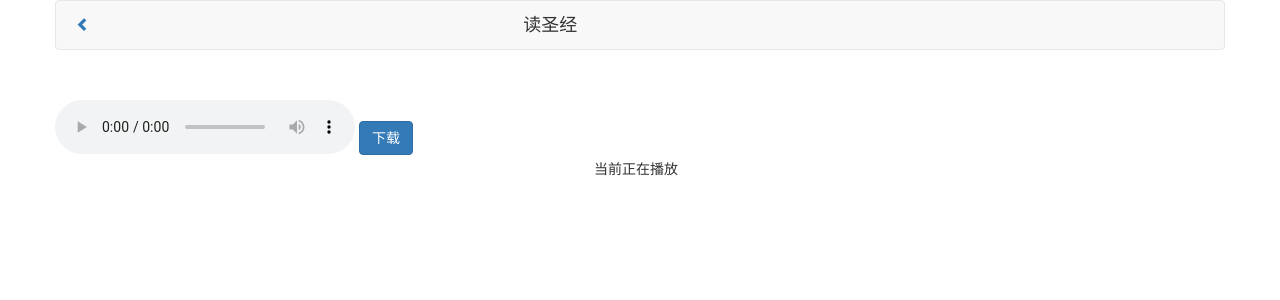
Repository: Paulyoufu/paulyoufu.github.io
Page: content.html
These files come from the project's save history. The page is drawn as it stood at one moment and after a run of saves; the edit follows.
The browser window is 1280 px wide. The pictures show the whole page.

Above is the page before, as saved 2018-04-24 15:07:42.
Console error: TypeError: Cannot read properties of undefined (reading 'replace')

After the next 7 saves:
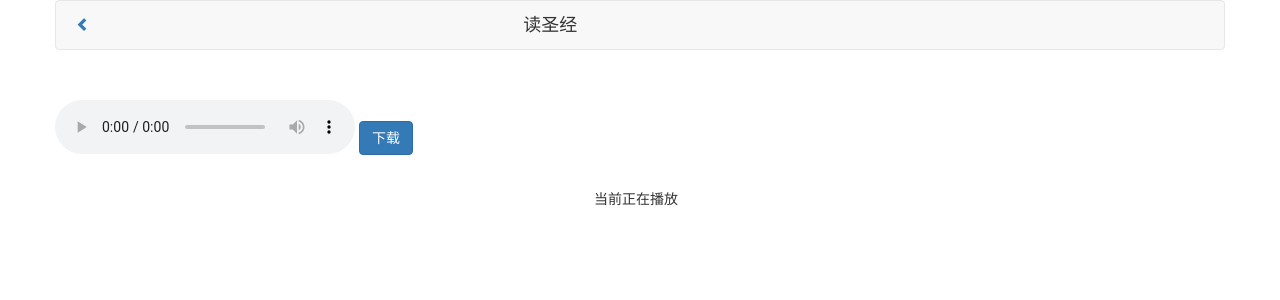
The 7 saves are shown as one change because they came seconds apart.
The last was saved 25 s later.
--- a/content.html
+++ b/content.html
@@ -31,7 +31,7 @@
                     <audio id="ad" autoplay="autoplay" src="http://biblevoice.oss-cn-hangzhou.aliyuncs.com/rock/创世记第1章.mp3" controls="controls"></audio>
                     <a id="btnDownLoad" class="btn btn-primary" style="margin-top: -25px;">下载</a>
                 </div>
-                <div class="col-md-12 column" style="text-align: center">
+                <div class="col-md-12 column" style="text-align: center;margin-top: 30px;">
                     当前正在播放 &nbsp;
                     <span id="bn"></span>
                 </div>
